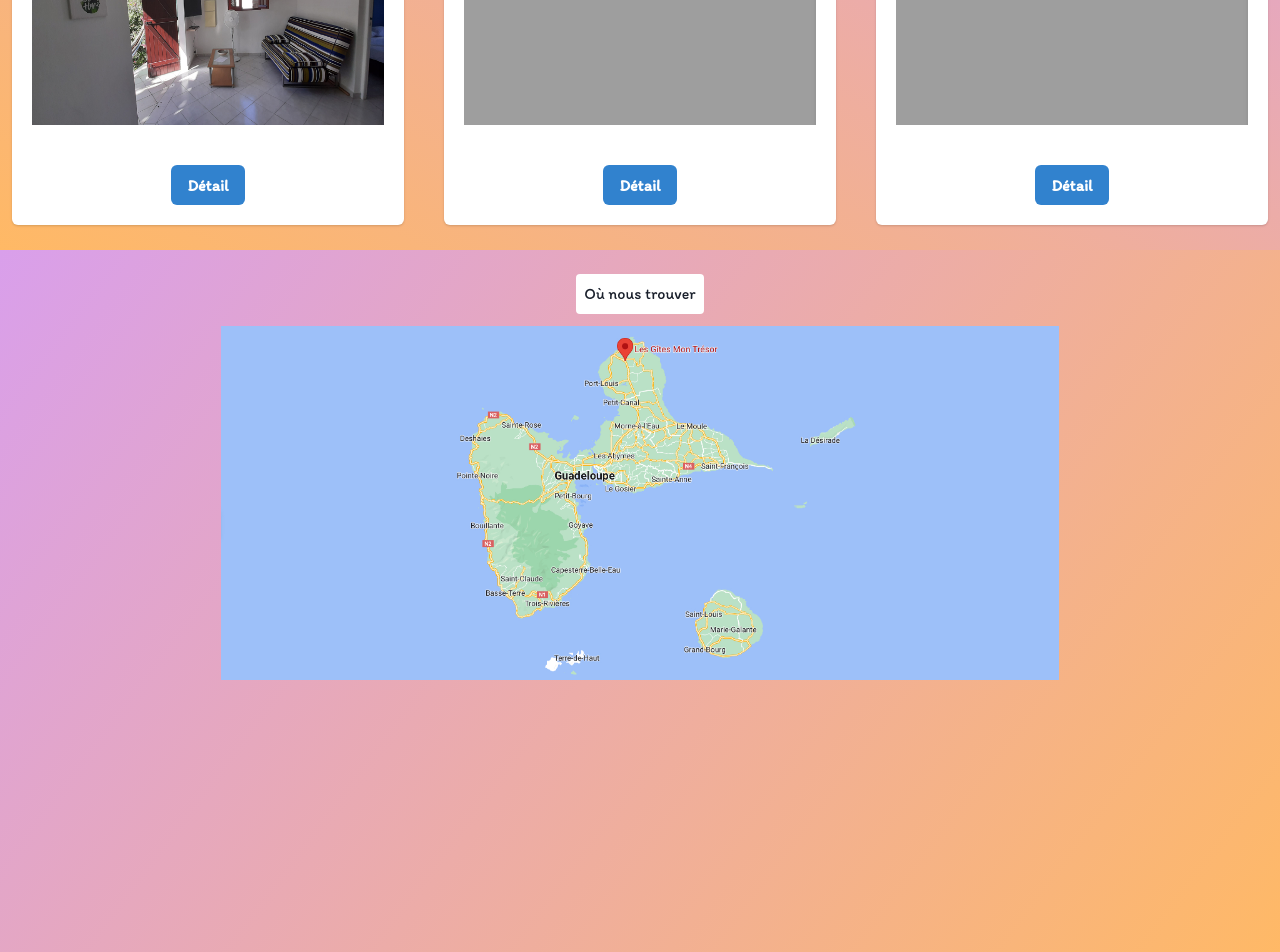
Repository: All-Khwarizmi/gites-v2
Page: /
The author's editor kept a copy of each file at every save. The page is drawn from the files as they stood at one save, then again after the next save.
The browser window is 1280 px wide. The pictures show the part of the page from y = 1190 to 2142 px (the page is 2160 px tall).
Pictures or frames that could not be fetched are drawn as grey boxes. The project was rebuilt for these pictures with package versions that can differ from the ones it lists, and the page was loaded fresh each time. The framework's server and built-in components were replaced by stand-ins that run in the browser. Also part of the build but not shown: next.config.js, next.config.mjs.

Above is the page before, as saved 2023-02-03 19:22:31.

### src/pages/_app.tsx
import { type AppType } from "next/dist/shared/lib/utils";
import { ChakraProvider } from "@chakra-ui/react";
import Layout from "../components/Layout";
import { Itim } from "@next/font/google";
import Navbar from "../components/Navbar";

import "../styles/globals.css";
import Head from "next/head";

const inter = Itim({ weight: "400", subsets: ["latin"] });

const MyApp: AppType = ({ Component, pageProps }) => {
  return (
    <ChakraProvider>
      <Head>
        <title>Gîtes Mon Tresor</title>
        <meta
          name="viewport"
          /* content="width=device-width, initial-scale=1.0, maximum-scale=1.0,user-scalable=0" */
          content="viewport-fit=cover"
        />
        <meta name="title" content="Gîtes Mon Tresor" />

        <meta
          name="description"
          content="Gîtes accueillants et chaleureux en Guadeloupe, Anse Bertrand. Venez en famille ou en amoureux profiter des plaisirs qu'offre l'île. "
        />
        <meta property="og:image" content="/IMG_0318.JPG" key="ogimage" />
      </Head>

      <main className={inter.className}>
        <Component {...pageProps} />
      </main>
    </ChakraProvider>
  );
};

export default MyApp;

### src/pages/index.tsx
import { type NextPage } from "next";
import Head from "next/head";
import Link from "next/link";
import Test from "./Test";
import styles from '../styles/Home.module.scss'

const Home: NextPage = () => {
  return (
    <>
      <Test />
    </>
  );
};

export default Home;

### src/styles/globals.css
@tailwind base;
@tailwind components;
@tailwind utilities;

:root {
  --colorOne: #ffb965;
  --colorTwo: #d99feb;
  --color3: #ffbf5b;
  --color4: #31b7cf;
}
* {
  margin: 0;
  padding: 0;
}
body {
  width: 100vw;
  height: 100vh;
  box-sizing: border-box;
}

.test {
  width: 100%;
}

#myVideo {
  object-fit: cover;

  min-height: 100vh;
  position: relative;
  z-index: -1;
  bottom: 0;
  right: 0;
}

.section {
  background-image: linear-gradient(
    27deg,
    var(--colorOne) 0%,
    var(--colorTwo) 100%
  );
  margin-top: 0;
  position: relative;
}
.section-2 {
  background-image: linear-gradient(
    127deg,
   var(--colorTwo) 0%,
    var(--colorOne) 100%
  );
  margin-top: 0;
  position: relative;
}


.card-1 {
  background-color: inherit;
  padding: 3rem;
  width: 100%;
}
.nav {
  position: fixed;
  z-index: 5;


}

### src/pages/Test.tsx
import { AppType } from "next/app";
import {
  Card,
  CardHeader,
  ButtonGroup,
  Button,
  CardBody,
  CardFooter,
  Stack,
  Image,
  Heading,
  Text,
  Divider,
  Flex,
} from "@chakra-ui/react";
import Carousel from "../components/Carousel";
import { Component, useEffect, useRef, useState } from "react";
import Localisation from "../components/Localisation";
import Navbar from "../components/Navbar";

const Test = () => {
  const divPosition: any = useRef(null);


  const slidesPalmier = [
    {
      img: "/Gite Palmier/1.jpg",
    },
    {
      img: "/Gite Palmier/2.jpg",
    },
    {
      img: "/Gite Palmier/3.jpg",
    },
    {
      img: "/Gite Palmier/4.jpg",
    },
    {
      img: "/Gite Palmier/5.jpg",
    },
    {
      img: "/Gite Palmier/6.jpg",
    },
    {
      img: "/Gite Palmier/7.jpg",
    },
    {
      img: "/Gite Palmier/9087556.jpg",
    },
  ];
  const slidesAnanas = [
    {
      img: "/Gite Ananas/1.jpg",
    },
    {
      img: "/Gite Ananas/2.jpg",
    },
    {
      img: "/Gite Ananas/3.jpg",
    },
    {
      img: "/Gite Ananas/4.jpg",
    },
    {
      img: "/Gite Ananas/5.jpg",
    },
    {
      img: "/Gite Ananas/6.jpg",
    },
    {
      img: "/Gite Ananas/20191231_100325.jpg",
    },
    {
      img: "/Gite Ananas/20200325_100606.jpg",
    },
  ];
  const slidesKawan = [
    {
      img: "/Gite Kawan/1.jpg",
    },
    {
      img: "/Gite Kawan/2.jpg",
    },
    {
      img: "/Gite Kawan/3.jpg",
    },
    {
      img: "/Gite Kawan/4.jpg",
    },

    {
      img: "/Gite Kawan/6.jpg",
    },
    {
      img: "/Gite Kawan/7.jpg",
    },
    {
      img: "/Gite Kawan/8.jpg",
    },
    {
      img: "/Gite Kawan/9.jpg",
    },
    {
      img: "/Gite Kawan/10.jpg",
    },
    {
      img: "/Gite Kawan/11.jpg",
    },
    {
      img: "/Gite Kawan/12.jpg",
    },
    {
      img: "/Gite Kawan/13.jpg",
    },
    {
      img: "/Gite Kawan/14.jpg",
    },
    {
      img: "/Gite Kawan/15.jpg",
    },
  ];

  return (
    <>
      <main>
        <Navbar position={divPosition} />
        <div className="test">
          <section className="test">
            <video
              autoPlay
              playsInline
              muted
              loop
              id="myVideo"
              poster="/Gite Kawan/1.jpg"
            >
              <source src={"/Mon film.mp4"} type="video/mp4" />
            </video>
          </section>
          <div className="section h-screen">
            <section ref={divPosition} className="section h-full">
              <div className="card-1 flex-column flex justify-center">
                <Card maxW={"900px"}>
                  <Heading className="flex-column flex justify-center p-2">
                    <p> Bienvenue en Guadeloupe !</p>
                  </Heading>
                  <CardBody>
                    <Text className="welcome-text">
                      Pour des vacances au soleil, sur des plages de sable blanc
                      ou de belles balades dans une verdure luxuriante : les
                      Gîtes Mon Trésor vous assurent un dépaysement total. Loin
                      des grandes structures touristiques, dans un jardin calme
                      et ventilé avec piscine sécurisée, Catherine et Laurent,
                      originaires de Normandie, vous accueillent toute l’année
                      dans leurs gîtes situés sur la commune d'ANSE-BERTRAND, à
                      3 km des plages et de tous commerces. Nous avons l'énorme
                      chance de n'avoir jamais de sargasses sur nos plages les
                      plus proches. Bonne visite !
                    </Text>
                  </CardBody>
                </Card>
              </div>

              <div className="grid  grid-flow-row justify-center gap-4 md:grid-flow-col ">
                <Card maxW="lg" m={3}>
                  <Stack mt="6" spacing="3">
                    <Heading textAlign={"center"} size="md">
                      Gîte Palmier
                    </Heading>
                  </Stack>
                  <CardBody>
                    <Carousel slides={slidesPalmier} />
                  </CardBody>
                  <Flex align="center" justify="center">
                    <CardFooter>
                      <Button variant="solid" colorScheme="blue">
                        Détail
                      </Button>
                    </CardFooter>
                  </Flex>
                </Card>
                <Card maxW="lg" m={3}>
                  <Stack mt="6" spacing="3">
                    <Heading textAlign={"center"} size="md">
                      Gîte Ananas
                    </Heading>
                  </Stack>
                  <CardBody>
                    <Carousel slides={slidesAnanas} />
                  </CardBody>
                  <Flex align="center" justify="center">
                    <CardFooter>
                      <Button variant="solid" colorScheme="blue">
                        Détail
                      </Button>
                    </CardFooter>
                  </Flex>
                </Card>
                <Card maxW="lg" m={3}>
                  <Stack mt="6" spacing="3">
                    <Heading textAlign={"center"} size="md">
                      Gîte Kawan
                    </Heading>
                  </Stack>
                  <CardBody>
                    <Carousel slides={slidesKawan} />
                  </CardBody>
                  <Flex align="center" justify="center">
                    <CardFooter>
                      <Button variant="solid" colorScheme="blue">
                        Détail
                      </Button>
                    </CardFooter>
                  </Flex>
                </Card>
              </div>


            </section>
          </div>
          <div className="h-screen section-2">
            <Localisation />
          </div>
        </div>
      </main>
    </>
  );
};

export default Test;

### src/components/Carousel.tsx
import React from 'react'
import { useEffect, useState } from 'react';
import { Flex, Box, Text, Image } from '@chakra-ui/react';

const Carousel = ({slides}: any) => {

  const slides1 = [
    {
      img: "/Gîte Palmier/1.jpg",
    },
    {
      img: "/Gîte Palmier/2.jpg",
    },
    {
      img: "/Gîte Palmier/3.jpg",
    },
    {
      img: "/Gîte Palmier/4.jpg",
    },
    {
      img: "/Gîte Palmier/5.jpg",
    },
    {
      img: "/Gîte Palmier/6.jpg",
    },
    {
      img: "/Gîte Palmier/7.jpg",
    },
    {
      img: "/Gîte Palmier/9087556.jpg",
    },

  ];
  const [currentSlide, setCurrentSlide] = useState(0);
  const slidesCount = slides.length;
  const carouselStyle = {
    transition: "all .5s",
    ml: `-${currentSlide * 100}%`,
  };
  const SLIDES_INTERVAL_TIME = 3000;
  const ANIMATION_DIRECTION = "right";
  useEffect(() => {
    const prevSlide = () => {
      setCurrentSlide((s) => (s === 0 ? slidesCount - 1 : s - 1));
    };

    const nextSlide = () => {
      setCurrentSlide((s) => (s === slidesCount - 1 ? 0 : s + 1));
 };

    const automatedSlide = setInterval(() => {
      ANIMATION_DIRECTION.toLowerCase() === "left" ? prevSlide() : nextSlide();
    }, SLIDES_INTERVAL_TIME);
    return () => clearInterval(automatedSlide);
  }, [slidesCount]);
  return (
    <Flex
      w="full"
      bg="#edf3f8"
      _dark={{
        bg: "#3e3e3e",
      }}

      alignItems="center"
      justifyContent="center"
    >
      <Flex w="full" overflow="hidden">
        <Flex pos="relative" h="200px" w="full" {...carouselStyle}>
          {slides.map((slide: any, sid: any) => (
            <Box key={`slide-${sid}`} flex="none" boxSize="full" shadow="md">
              <Text
                color="white"
                fontSize="xs"
                p="8px 12px"
                pos="absolute"
                top="0"
                whiteSpace="nowrap"
              >
                {sid + 1} / {slidesCount}
              </Text>
              <Image
                src={slide.img}
                alt="carousel image"
                boxSize="full"
                backgroundSize="cover"
              />
            </Box>
          ))}
        </Flex>
      </Flex>
    </Flex>
  );
};



export default Carousel

### src/components/Localisation.tsx
import React from "react";
import Link from "next/link";

const Localisation = () => {
  const coordinates: string =
    "Les+Gîtes+Mon+Trésor/@16.4645544,-61.4825254,17z";
  const baseUrl: string =
    "https://www.google.com/maps/search/?api=1&query=Les+Gîtes+Mon+Trésor+Anse+Bertrand/";
  return (
    <>
      <div className="location align-center flex items-center justify-center p-3"></div>
      <div className="section-location flex  justify-center">
        <p className="text-extra-bold w-30 rounded bg-white p-2">
          Où nous trouver
        </p>
      </div>

      <div className="location p-3">
        <a
          className="align-center flex items-center justify-center"
          target="_blank"
          href={baseUrl}
        >
          <img
            className="w-2/3"
            src="./IMG_0537.JPG"
            alt="carte de la Guadeloupe"
          />
        </a>
      </div>
    </>
  );
};

export default Localisation;

### src/components/Navbar.tsx
import { useEffect, useState, useRef } from "react";

function NavLink({ to, children }: any) {
  return (
    <a href={to} className={`mx-4`}>
      {children}
    </a>
  );
}

function MobileNav({ open, setOpen }: any) {
  return (
    <div
      className={`absolute top-0 left-0 h-screen w-screen transform bg-white ${
        open ? "-translate-x-0" : "-translate-x-full"
      } drop-shadow-md filter transition-transform duration-300 ease-in-out `}
    >
      <div className="flex h-20 items-center justify-center bg-white drop-shadow-md filter">
        {" "}
        {/*logo container*/}
        <a className="text-2xl font-semibold" href="/">
          <img
            className="w-24 hover:w-32"
            src="/IMG_0318.JPG"
            alt="Gîtes Mon Tresor Logo"
          />
        </a>
      </div>
      <div className="ml-4 flex flex-col">
        <a
          className="my-4 text-xl font-medium"
          href="#"
          onClick={() =>
            setTimeout(() => {
              setOpen(!open);
            }, 100)
          }
        >
          Accueil
        </a>
        <a
          className="my-4 text-xl font-normal"
          href="#"
          onClick={() =>
            setTimeout(() => {
              setOpen(!open);
            }, 100)
          }
        >
          Gîtes
        </a>
        <a
          className="my-4 text-xl font-normal"
          href="#"
          onClick={() =>
            setTimeout(() => {
              setOpen(!open);
            }, 100)
          }
        >
          Localisation
        </a>
        <a
          className="my-4 text-xl font-normal"
          href="#"
          onClick={() =>
            setTimeout(() => {
              setOpen(!open);
            }, 100)
          }
        >
          Tarifs
        </a>
        <a
          className="my-4 text-xl font-normal"
          href="#"
          onClick={() =>
            setTimeout(() => {
              setOpen(!open);
            }, 100)
          }
        >
          Contact
        </a>
        <a
          className="my-4 text-xl font-normal"
          href="#"
          onClick={() =>
            setTimeout(() => {
              setOpen(!open);
            }, 100)
          }
        >
          Partenariats
        </a>
      </div>
    </div>
  );
}

export default function Navbar({ position }: any) {
  const [open, setOpen] = useState(false);
  const [color, setColor] = useState(" ");
  const [colorFont, setColorFont] = useState(" ");
  const [offset, setOffset] = useState(0);


  useEffect(() => {
    const onScroll = () => setOffset(window.pageYOffset);
    // clean up code
    window.removeEventListener("scroll", onScroll);
    window.addEventListener("scroll", onScroll, { passive: true });
    if (position?.current?.getBoundingClientRect().top < 80) {
      setColor("bg-white");
      setColorFont("text-black");
    } else {
      setColor(" ");
      setColorFont("text-white");
    }
    return () => window.removeEventListener("scroll", onScroll);
  }, [offset]);

  const style = { backgroundColor: color, color: colorFont };
  return (
    <nav
      className={`nav flex h-20 w-full items-center gap-4 ${style.backgroundColor}  px-4 py-4 drop-shadow-md filter`}
    >
      <MobileNav open={open} setOpen={setOpen} />
      <div className="flex w-3/12 items-center">
        <a className="text-2xl font-semibold" href="/">
          <img
            className="w-24 hover:w-32"
            src="/IMG_0318.JPG"
            alt="Gîtes Mon Tresor Logo"
          />
        </a>
      </div>
      <div className="flex w-9/12 items-center justify-end">
        <div
          className="relative z-50 flex h-8 w-8 flex-col items-center justify-between md:hidden"
          onClick={() => {
            setOpen(!open);
          }}
        >
          {/* hamburger button */}
          <span
            className={`h-1 w-full transform rounded-lg bg-black transition duration-300 ease-in-out ${
              open ? "translate-y-3.5 rotate-45" : ""
            }`}
          />
          <span
            className={`h-1 w-full rounded-lg bg-black transition-all duration-300 ease-in-out ${
              open ? "w-0" : "w-full"
            }`}
          />
          <span
            className={`h-1 w-full transform rounded-lg bg-black transition duration-300 ease-in-out ${
              open ? "-translate-y-3.5 -rotate-45" : ""
            }`}
          />
        </div>

        <div className="hidden md:flex">
          <ul className="flex justify-items-center gap-x-3">
            <li className="mr-6">
              <a
                className={` flex-initial text-2xl ${style.color} text-justify   hover:underline`}
                href="#"
              >
                Accueil
              </a>
            </li>
            <li className="mr-6">
              <a
                className={` flex-initial text-2xl ${style.color} text-justify   hover:underline`}
                href="#"
              >
                Gîtes
              </a>
            </li>
            <li className="mr-6">
              <a
                className={` flex-initial text-2xl ${style.color} text-justify   hover:underline`}
                href="#"
              >
                Localisation
              </a>
            </li>
            <li className="mr-6">
              <a
                className={` flex-initial text-2xl ${style.color} text-justify   hover:underline`}
                href="#"
              >
                Tarifs
              </a>
            </li>
            <li className="mr-6">
              <a
                className={` flex-initial text-2xl ${style.color} text-justify   hover:underline`}
                href="#"
              >
                Contact
              </a>
            </li>
            <li className="mr-6">
              <a
                className={` flex-initial text-2xl ${style.color} text-justify   hover:underline`}
                href="#"
              >
                Partenariats
              </a>
            </li>
          </ul>
        </div>
      </div>
    </nav>
  );
}

Loaded but not shown: tailwind.config.cjs (common file)

After the next save:
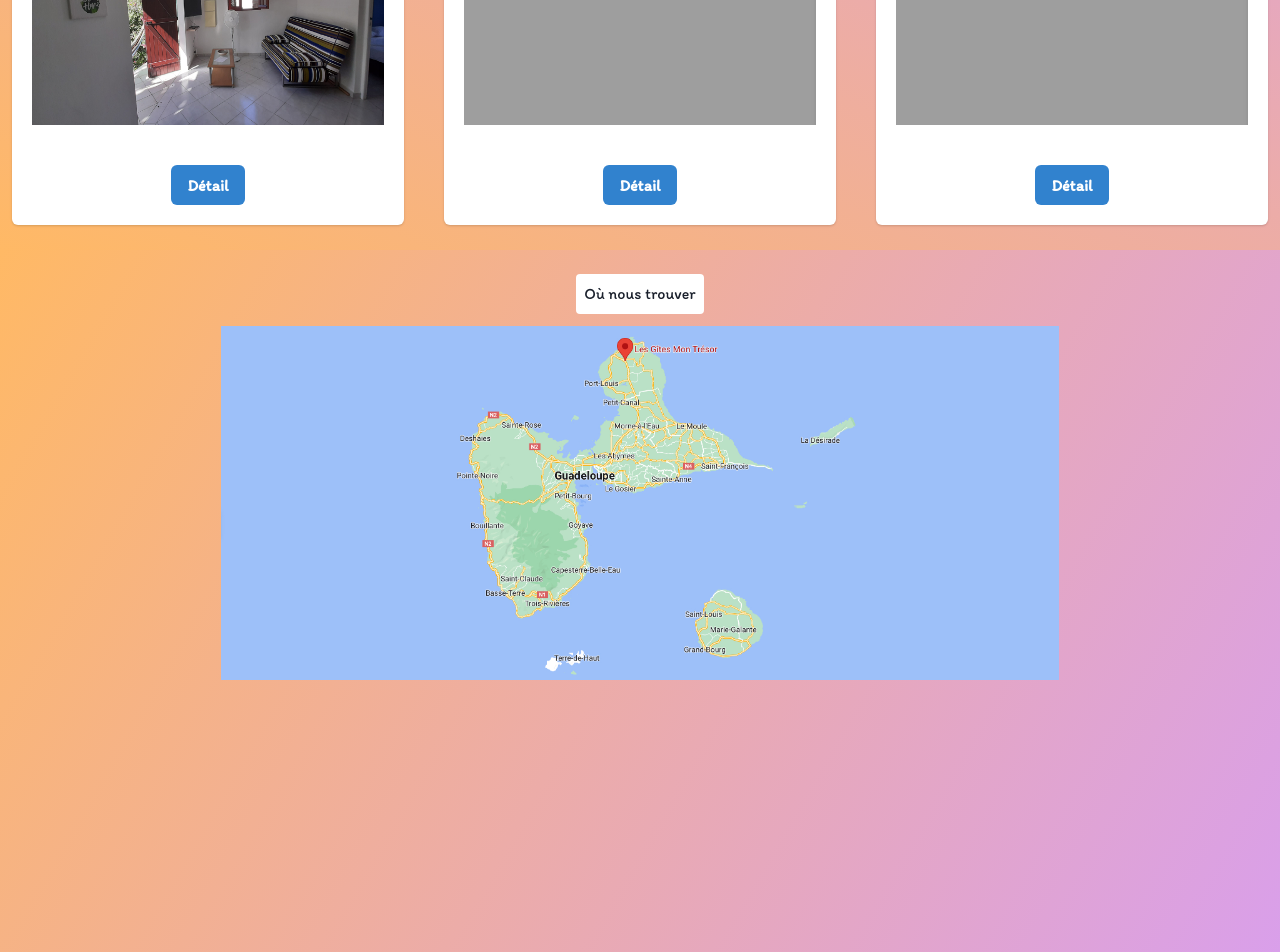
Saved 61 s later.
--- a/src/styles/globals.css
+++ b/src/styles/globals.css
@@ -43,7 +43,7 @@ body {
 }
 .section-2 {
   background-image: linear-gradient(
-    127deg,
+    300deg,
    var(--colorTwo) 0%,
     var(--colorOne) 100%
   );
